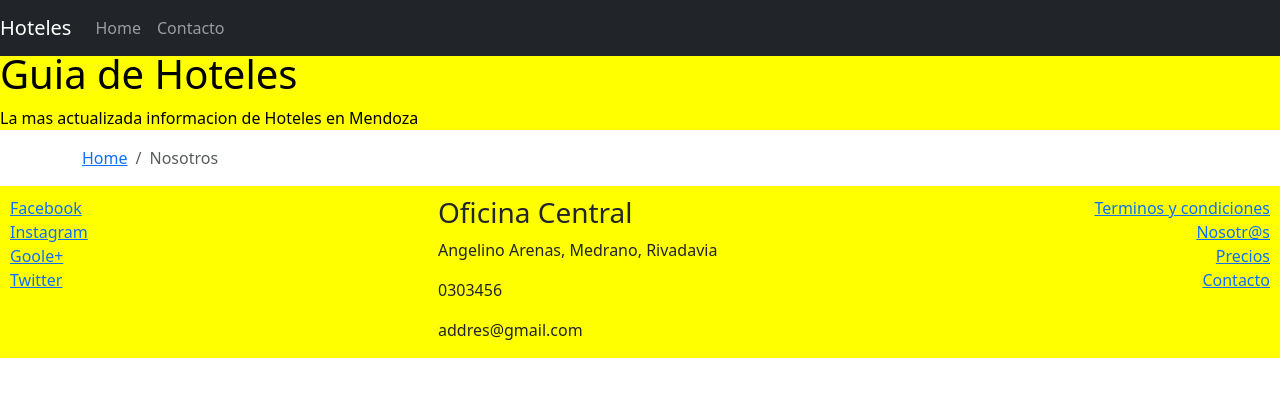
Repository: JulianMoralesSantoni/PaginaHoteles
Page: contacto.html
The author's editor kept a copy of each file at every save. The page is drawn from the files as they stood at one save, then again after the next save.
The browser window is 1280 px wide. The page is 1282 px wide, so the pictures cover 1282 px, including what lies to the right of the window. The pictures show the whole page.
Some web libraries are served in a nearby version.

Above is the page before, as saved 2021-03-28 17:43:07.

### contacto.html
<!doctype html>
<html lang="en">
  <head>
    <!-- Required meta tags -->
    <meta charset="utf-8">
    <meta name="viewport" content="width=device-width, initial-scale=1, shrink-to-fit=no">

    <!-- Bootstrap CSS -->
    <link rel="stylesheet" href="node_modules/bootstrap/dist/css/bootstrap.min.css" >
    <link rel="stylesheet" href="css/main.css" >

    <title>Guia de Hoteles</title>
  </head>
  <body>
    <nav class="navbar navbar-expand-md navbar-dark bg-dark fixed-top" >
      <a class="navbar-brand" href="#">Hoteles</a>
      <button class="navbar-toggler" type="button" data-toggle="collapse" data-target="#navbarNav" aria-controls="navbarNav" aria-expanded="false" aria-label="Toggle navigation">
        <span class="navbar-toggler-icon"></span>
      </button>
      <div class="collapse navbar-collapse" id="navbarNav">
        <ul class="navbar-nav">
          <li class="nav-item">
            <a class="nav-link" href="./index.html">Home </a>
          </li>
          <li class="nav-item active">
            <a class="nav-link" href="./contacto.html">Contacto</a>
          </li>


        </ul>
      </div>
    </nav>
    <div class="jumbotron">
      <h1>Guia de Hoteles</h1>

      <p>La mas actualizada informacion de Hoteles en Mendoza</p>
    </div>

    <div class="container">
      <nav aria-label="breadcrumb">
        <ol class="breadcrumb">
          <li class="breadcrumb-item"><a href="./index.html">Home</a></li>
          <li class="breadcrumb-item active" aria-current="page">Nosotros</li>
        </ol>
      </nav>
      <form action=""></form>




  </div>

 <footer>
   <div class="row">
     <div class="col-sm-4 d-flex flex-column ">
      <a href="http:www.facebook.com">Facebook</a>
      <a href="http:www.instagram">Instagram</a>
      <a href="http:www.google.com">Goole+</a>
      <a href="http:www.Twitter.com">Twitter</a>
     </div>
   <div class="col-sm-4">
    <address>
      <h3>Oficina Central</h3>
      <p>Angelino Arenas, Medrano, Rivadavia</p>
      <p>0303456</p>
      <p>addres@gmail.com</p>


    </address>
  </div>
  <div class="col-sm-4 d-flex flex-column align-items-end">
     <a href="http:www.facebook.com">Terminos y condiciones</a>
      <a href="http:www.instagram">Nosotr@s</a>
      <a href="http:www.google.com">Precios</a>
      <a href="http:www.Twitter.com">Contacto</a>


  </div>


 </footer>


    <!-- Optional JavaScript -->
    <!-- jQuery first, then Popper.js, then Bootstrap JS -->
 <!--<script src="node_modules/jquery/dist/jquery.min.js" integrity="sha384-DfXdz2htPH0lsSSs5nCTpuj/zy4C+OGpamoFVy38MVBnE+IbbVYUew+OrCXaRkfj" crossorigin="anonymous"></script>
    <script src="node_modules/popper.js/dist/popper.min.js" integrity="sha384-9/reFTGAW83EW2RDu2S0VKaIzap3H66lZH81PoYlFhbGU+6BZp6G7niu735Sk7lN" crossorigin="anonymous"></script>
    <script src="node_modules/bootstrap/dist/js/bootstrap.min.js" integrity="sha384-B4gt1jrGC7Jh4AgTPSdUtOBvfO8shuf57BaghqFfPlYxofvL8/KUEfYiJOMMV+rV" crossorigin="anonymous"></script> -->
    <script src="https://code.jquery.com/jquery-3.5.1.slim.min.js" integrity="sha384-DfXdz2htPH0lsSSs5nCTpuj/zy4C+OGpamoFVy38MVBnE+IbbVYUew+OrCXaRkfj" crossorigin="anonymous"></script>
<script src="https://cdn.jsdelivr.net/npm/bootstrap@4.5.3/dist/js/bootstrap.bundle.min.js" integrity="sha384-ho+j7jyWK8fNQe+A12Hb8AhRq26LrZ/JpcUGGOn+Y7RsweNrtN/tE3MoK7ZeZDyx" crossorigin="anonymous"></script>
  </body>
</html>

### css/main.css
.jumbotron{

	background-color: yellow;
	color:black;
	margin-top: 50px;

}


footer{
	padding: 10px 10px 0 10px;
	background-color: yellow;

	margin-bottom: : 0px;
	margin-top: 10px;

}
.card-hotel{
	flex: 1 150px;
	padding: 2px 5px 2px 5px;

}
.btn-reserva{
	width: 100%;
	position: all;


}
.footer-address-icon{

	padding-right: 20px;
}

After the next save:
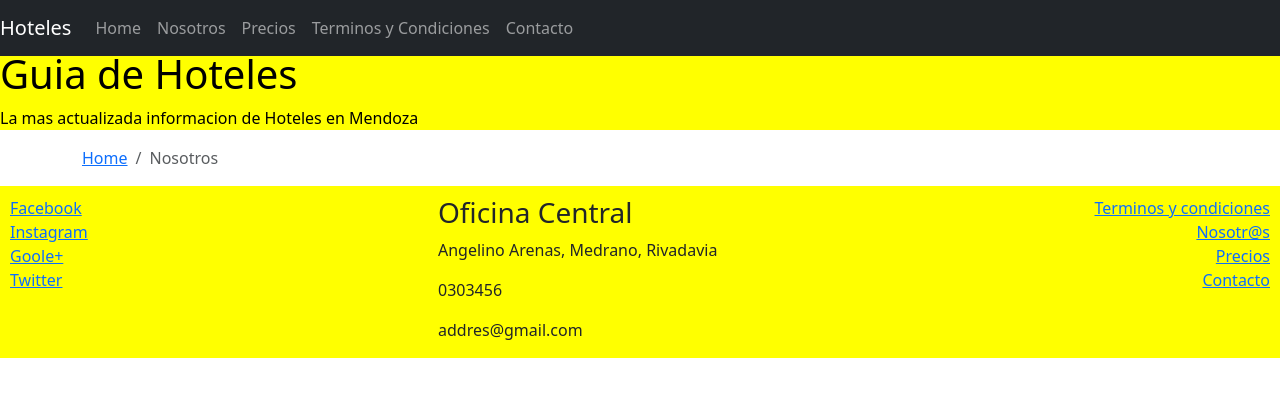
Saved 8 min 31 s later.
--- a/contacto.html
+++ b/contacto.html
@@ -22,10 +22,18 @@
           <li class="nav-item">
             <a class="nav-link" href="./index.html">Home </a>
           </li>
+          <li class="nav-item">
+            <a class="nav-link" href="./about.html">Nosotros</a>
+          </li>
+          <li class="nav-item">
+            <a class="nav-link" href="#">Precios</a>
+          </li>
+          <li class="nav-item">
+            <a class="nav-link" href="#">Terminos y Condiciones</a>
+          </li>
           <li class="nav-item active">
             <a class="nav-link" href="./contacto.html">Contacto</a>
           </li>
-
 
         </ul>
       </div>
@@ -43,10 +51,9 @@
           <li class="breadcrumb-item active" aria-current="page">Nosotros</li>
         </ol>
       </nav>
-      <form action=""></form>
 
 
-
+      <form action=""></form>
 
   </div>
 
